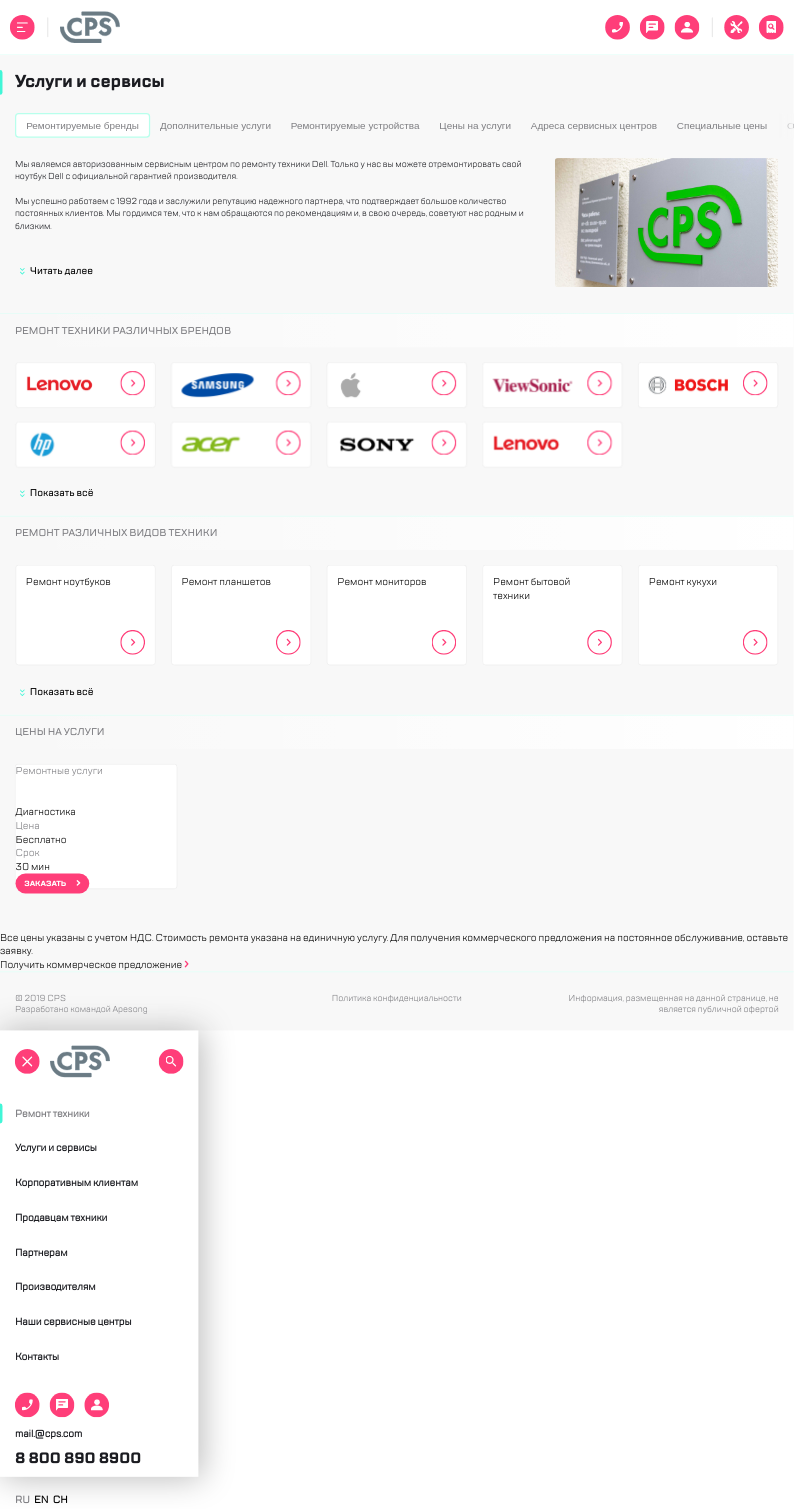
Repository: Dedoxa/WebCoreF
Page: /
The author's editor kept a copy of each file at every save. The page is drawn from the files as they stood at one save, then again after the next save.
The browser window is 1280 px wide. The pictures show the whole page, at 62% of full size.
The project was rebuilt for these pictures with package versions that can differ from the ones it lists, and the page was loaded fresh each time. Also part of the build but not shown: webpack.config.js.

Above is the page before, as saved 2024-06-15 19:46:35.

After the next save:
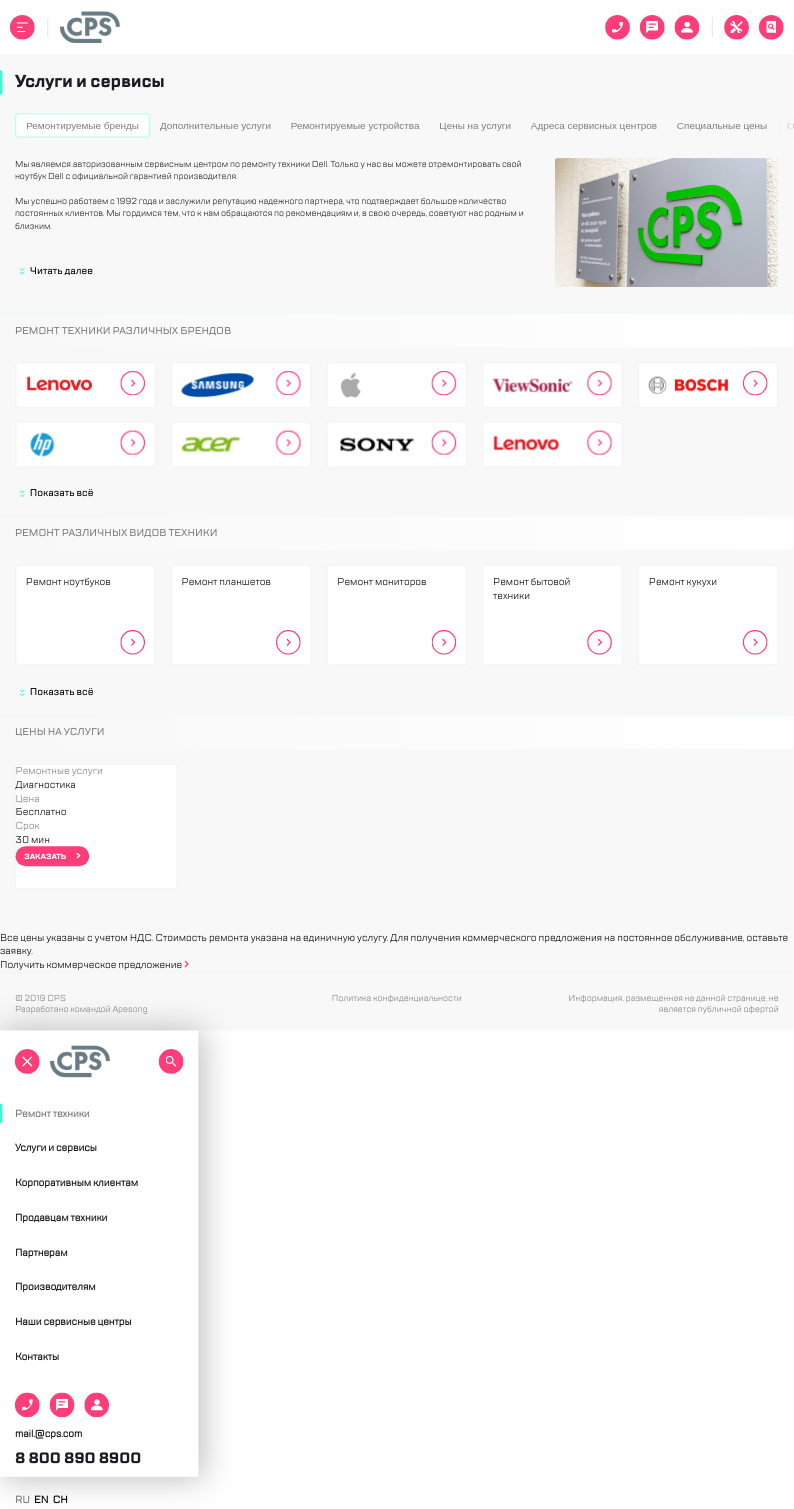
Saved 4 min 14 s later.
--- a/src/scss/plates.scss
+++ b/src/scss/plates.scss
@@ -182,8 +182,8 @@
   }
 
   .plates__price-plate {
-    display: grid;
-    grid-template-rows: 33% 33% 33%;
+    display: flex;
+    flex-direction: column;
     width: 260px;
     height: 200px;
     background-color: #fff;
